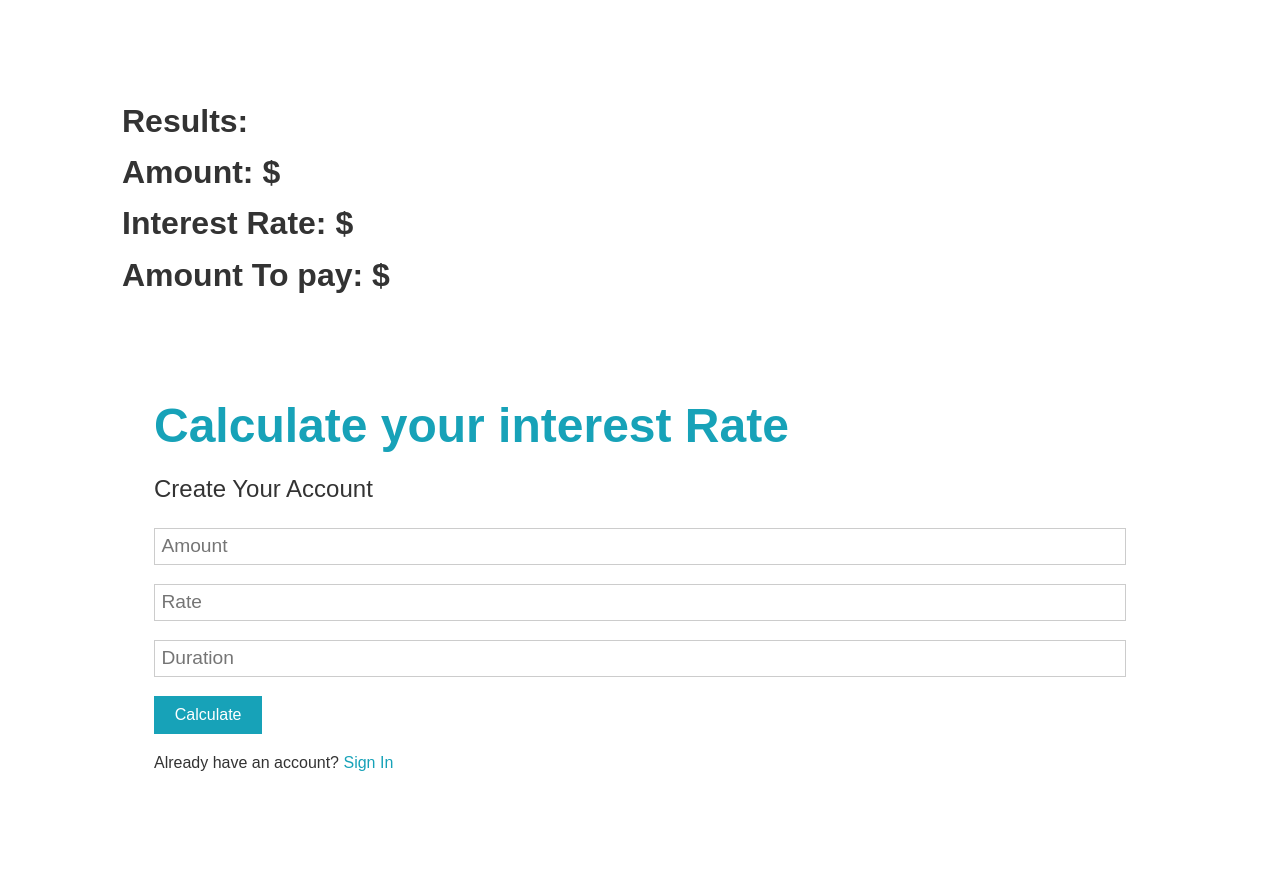
Repository: codding-ideas/loan-calculator
Page: / (app in client/)
These files come from the project's save history. The page is drawn as it stood at one moment and after the next save; the edit follows.
The browser window is 1280 px wide. The pictures show the whole page.
The project was rebuilt for these pictures with package versions that can differ from the ones it lists, and the page was loaded fresh each time.

Above is the page before, as saved 2019-07-09 09:26:03.

After the next save:
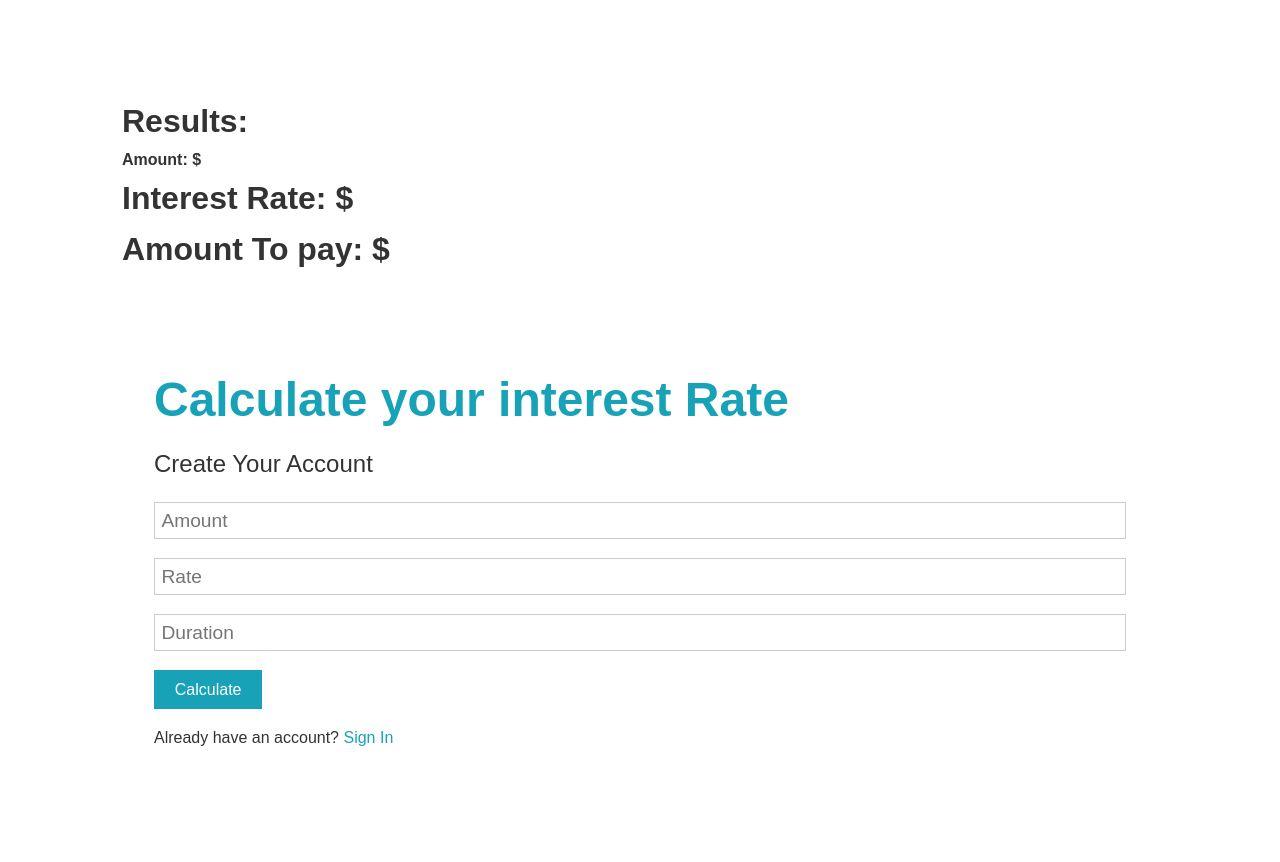
Saved 7 s later.
--- a/client/src/componets/Results.js
+++ b/client/src/componets/Results.js
@@ -6,7 +6,7 @@ const Results = (props) => {
     return (
         <div>
             <h1>Results:</h1>
-            <h1>Amount: $ {props.loan.amount}</h1>
+            <h4>Amount: $ {props.loan.amount}</h4>
             <h1>Interest Rate: ${props.loan.interestRate}</h1>
             <h1>Amount To pay: ${props.loan. amountToPay}</h1>
         </div>
